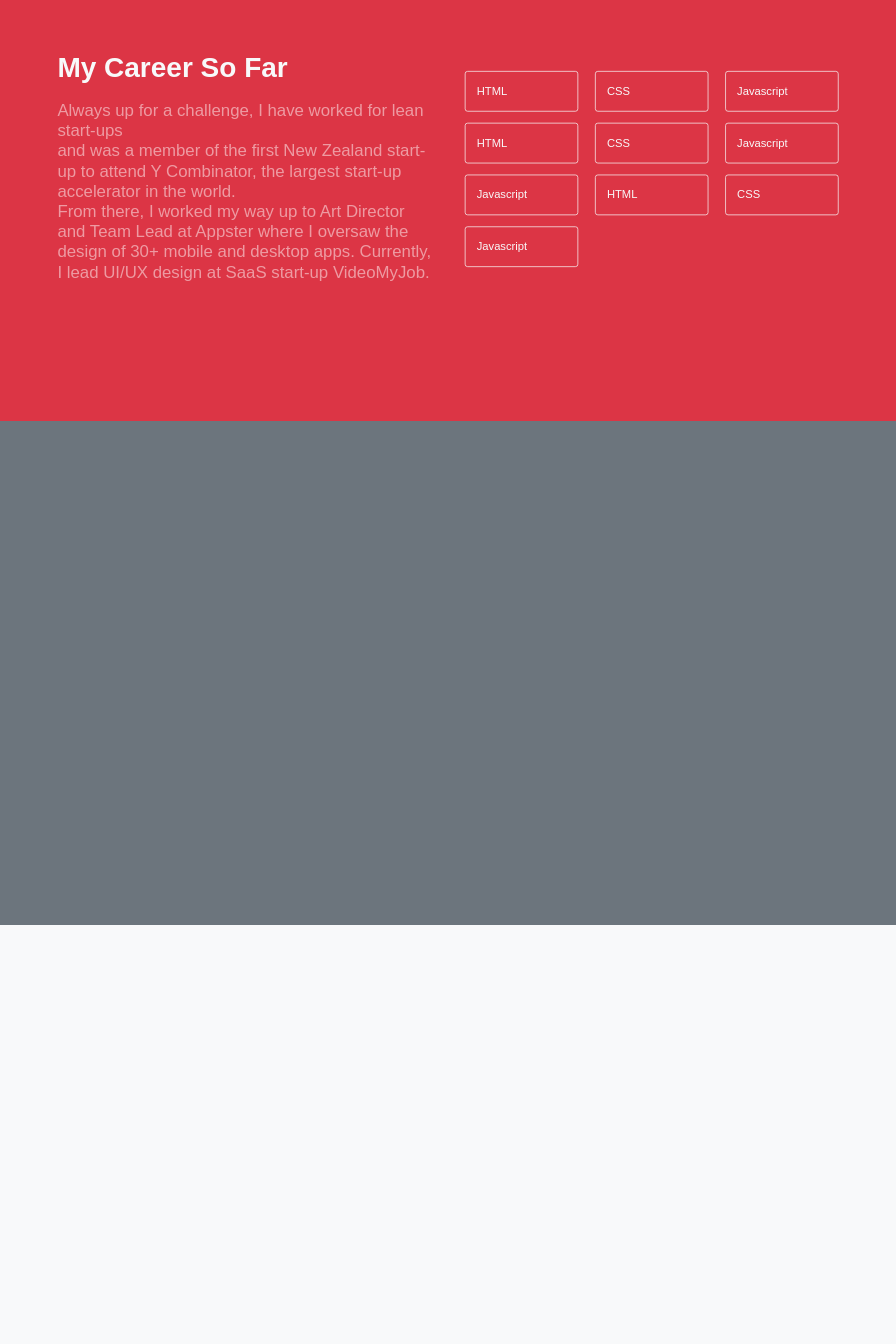
Repository: tHEO2k17/portfolio
Page: /
These files come from the project's save history. The page is drawn as it stood at one moment and after the next save; the edit follows.
The browser window is 1280 px wide. The pictures show the part of the page from y = 839 to 2759 px (the page is 3000 px tall), at 70% of full size.
The project was rebuilt for these pictures with package versions that can differ from the ones it lists, and the page was loaded fresh each time.

Above is the page before, as saved 2021-07-22 11:07:32.

### public/index.html
<!DOCTYPE html>
<html lang="en">
  <head>
    <meta charset="utf-8" />
    <link rel="icon" href="%PUBLIC_URL%/favicon.ico" />
    <meta name="viewport" content="width=device-width, initial-scale=1" />
    <meta name="theme-color" content="#000000" />
    <meta
      name="description"
      content="Web site created using create-react-app"
    />
    <link rel="apple-touch-icon" href="%PUBLIC_URL%/logo192.png" />
    <link rel="manifest" href="%PUBLIC_URL%/manifest.json" />
    <title>Theophilus Paintsil - Portfolio</title>
  </head>
  <body>
    <noscript>You need to enable JavaScript to run this app.</noscript>
    <div id="root"></div>
  </body>
</html>

### src/index.tsx
import React from 'react';
import ReactDOM from 'react-dom';
import './index.scss';
import App from './presentation/App';

ReactDOM.render(
  <React.StrictMode>
    <App />
  </React.StrictMode>,
  document.getElementById('root')
);

### src/index.scss
@import '~bootstrap/scss/bootstrap.scss';

body{
    font-family: Arial, Helvetica, sans-serif;
}
// Navbar
.navbar-light .navbar-nav{
    padding: 1.2rem 0rem;
}

.navbar-light .navbar-nav .nav-link {
   letter-spacing: 5px;
//    font-size: 14px;
}

.navbar-light .navbar-nav .nav-link:not(:last-child) {
    margin-right: 20px;
 }

### src/presentation/App.tsx
import React from 'react';
import { Switch, Route, BrowserRouter as Router, } from 'react-router-dom';
import HomePage from './pages/HomePage';

function App() {
  return (
    <Router>
      <Switch>
        <Route exact path="/" component={HomePage} />
      </Switch>
    </Router>
  );
}

export default App;

### src/presentation/pages/HomePage.tsx
import { Col, Container, Nav, Navbar, Row, Image, Card } from "react-bootstrap";

export default function HomePage() {

    return (
        <>
            <Navbar expand="lg" fixed="top" variant="light">
                <Container>
                    <Navbar.Brand href="#home">
                        <span className="fw-bold">tHEO<b className="text-danger">.</b></span>
                    </Navbar.Brand>
                    <Navbar.Toggle />
                    <Navbar.Collapse>
                        <Nav className="ms-auto">
                            <Nav.Link href="#home">WORK</Nav.Link>
                            <Nav.Link href="#home">ABOUT</Nav.Link>
                            <Nav.Link href="#link">RESUME</Nav.Link>
                        </Nav>
                    </Navbar.Collapse>
                </Container>
            </Navbar>

            <header className="min-vh-100">
                <Container>
                    <Row className="align-items-center min-vh-100 my-auto gx-5">
                        <Col md="4"> <Image src="assets/images/theo.png" fluid /> </Col>
                        <Col>
                            <h1 className="display-1 fw-bold">
                                <b className="text-danger">H</b>ELLO <br />
                                <b className="text-danger">T</b>HERE!
                            </h1>
                            <h4 className="fw-light text-muted mt-3">
                                I am Theophilus Paintsil, a mobile <br />
                                and web developer with an eye for beauty <br />
                                and experienced in developing client first solutions.
                            </h4>
                        </Col>
                    </Row>
                </Container>
            </header>

            <section className="bg-danger min-vh-100">
                {/* skills and tools */}
                <Container>
                    <Row className="align-items-center min-vh-100 my-auto gx-5 text-light">
                        <Col>
                            <h1 className="fw-bold">My Career So Far</h1>
                            <h4 className="text-white-50 mt-4">
                                Always up for a challenge, I have worked for lean start-ups<br />
                                and was a member of the first New Zealand start-up to attend Y Combinator,
                                the largest start-up accelerator in the world. <br />
                                From there, I worked my way up to Art Director and Team Lead at Appster where
                                I oversaw the design of 30+ mobile and desktop apps. Currently,
                                I lead UI/UX design at SaaS start-up VideoMyJob.
                            </h4>
                        </Col>
                        <Col>
                            <Row md="3" className="gy-3">
                                <Col>
                                    <Card border="light" bg="danger">
                                        <Card.Body>HTML</Card.Body>
                                    </Card>
                                </Col>
                                <Col>
                                    <Card border="light" bg="danger">
                                        <Card.Body>CSS</Card.Body>
                                    </Card>
                                </Col>
                                <Col>
                                    <Card border="light" bg="danger">
                                        <Card.Body>Javascript</Card.Body>
                                    </Card>
                                </Col>
                                <Col>
                                    <Card border="light" bg="danger">
                                        <Card.Body>HTML</Card.Body>
                                    </Card>
                                </Col>
                                <Col>
                                    <Card border="light" bg="danger">
                                        <Card.Body>CSS</Card.Body>
                                    </Card>
                                </Col>
                                <Col>
                                    <Card border="light" bg="danger">
                                        <Card.Body>Javascript</Card.Body>
                                    </Card>
                                </Col>
                                <Col>
                                    <Card border="light" bg="danger">
                                        <Card.Body>Javascript</Card.Body>
                                    </Card>
                                </Col>
                                <Col>
                                    <Card border="light" bg="danger">
                                        <Card.Body>HTML</Card.Body>
                                    </Card>
                                </Col>
                                <Col>
                                    <Card border="light" bg="danger">
                                        <Card.Body>CSS</Card.Body>
                                    </Card>
                                </Col>
                                <Col>
                                    <Card border="light" bg="danger">
                                        <Card.Body>Javascript</Card.Body>
                                    </Card>
                                </Col>
                            </Row>
                        </Col>
                    </Row>
                </Container>
            </section>

            <section className="bg-secondary min-vh-100">
                {/* employment history */}
            </section>

            <section className="bg-light min-vh-100">
                {/* work gallery */}
            </section>

            <footer className="bg-dark text-white">
                <Container className="py-5">
                    <Row>
                        <Col>&copy; {new Date().getFullYear()} Theophilus Paintsil. All rights reserved </Col>
                    </Row>
                </Container>
            </footer>

        </>
    );
}

After the next save:
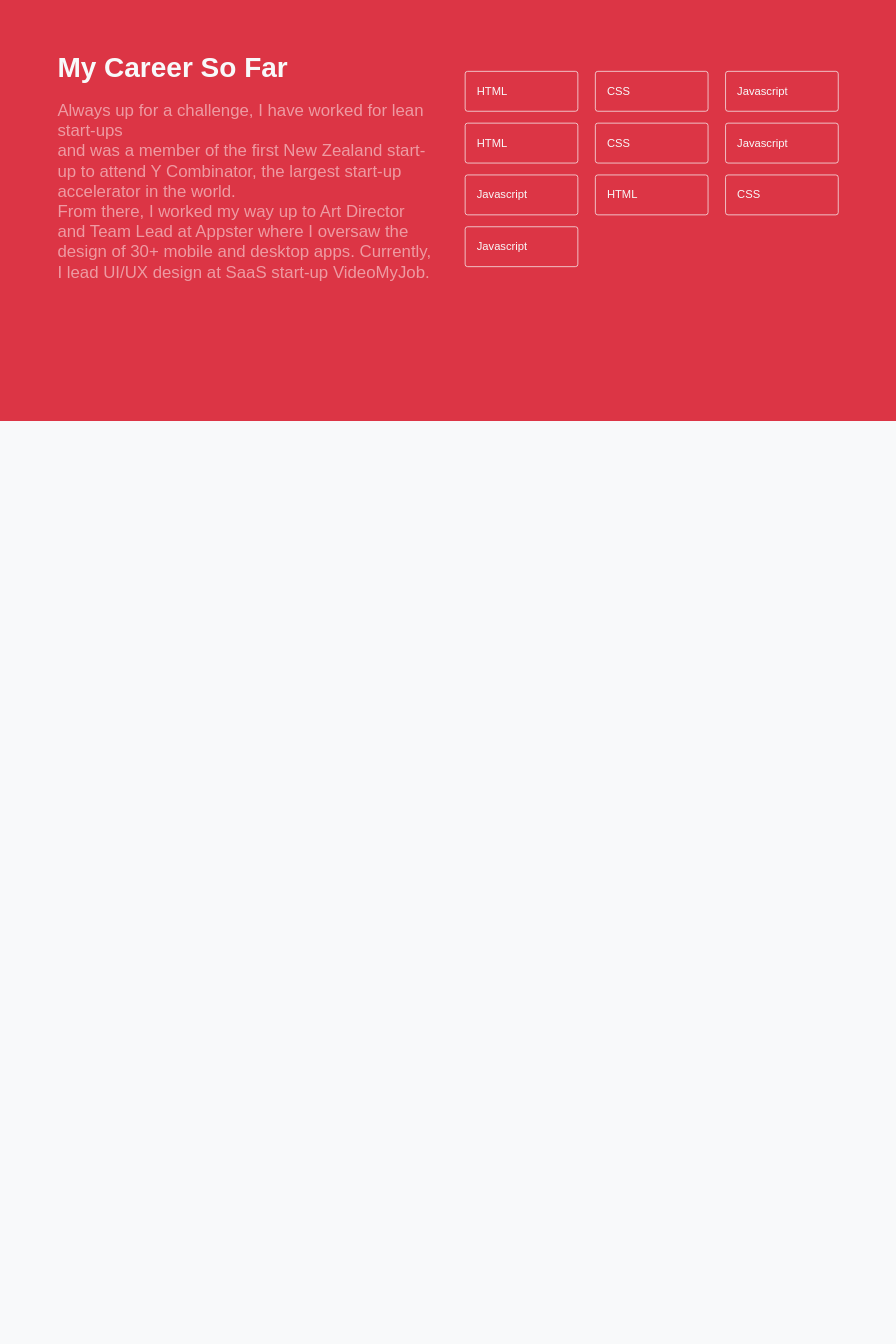
Saved 74 s later.
--- a/src/presentation/pages/HomePage.tsx
+++ b/src/presentation/pages/HomePage.tsx
@@ -112,7 +112,7 @@ export default function HomePage() {
                 </Container>
             </section>
 
-            <section className="bg-secondary min-vh-100">
+            <section className="bg-light min-vh-100">
                 {/* employment history */}
             </section>
 
